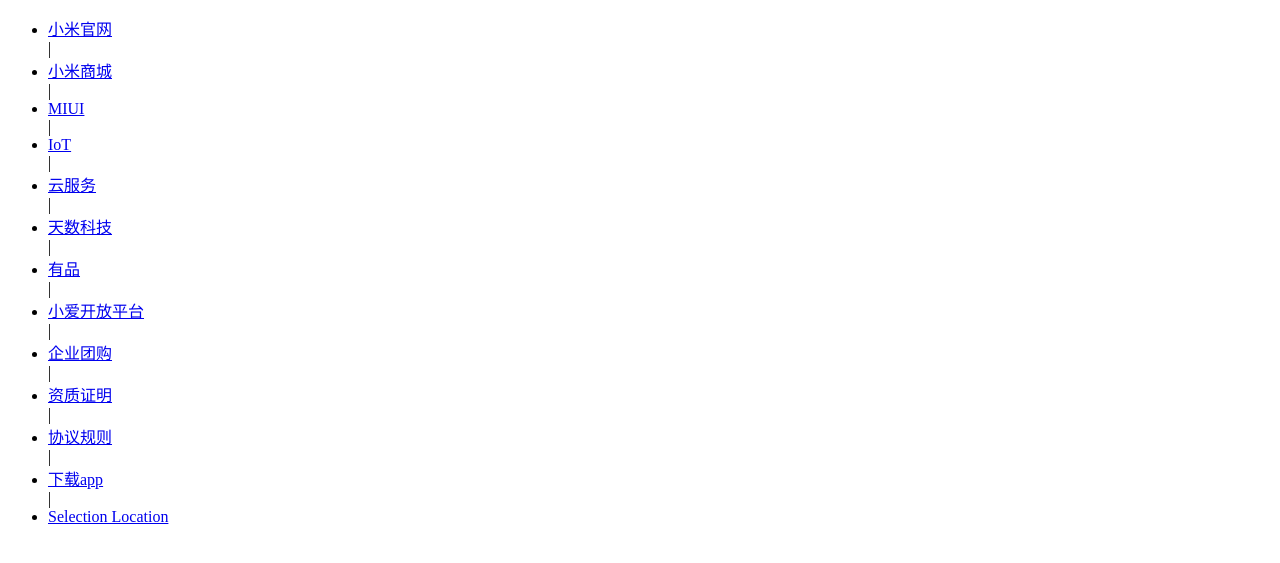
Repository: MonoYan/Mi-Homepage
Page: index.html
These files come from the project's save history. The page is drawn as it stood at one moment and after a run of saves; the edit follows.
The browser window is 1280 px wide. The pictures show the whole page.

Above is the page before, as saved 2022-11-22 16:16:50.

After the next 3 saves:
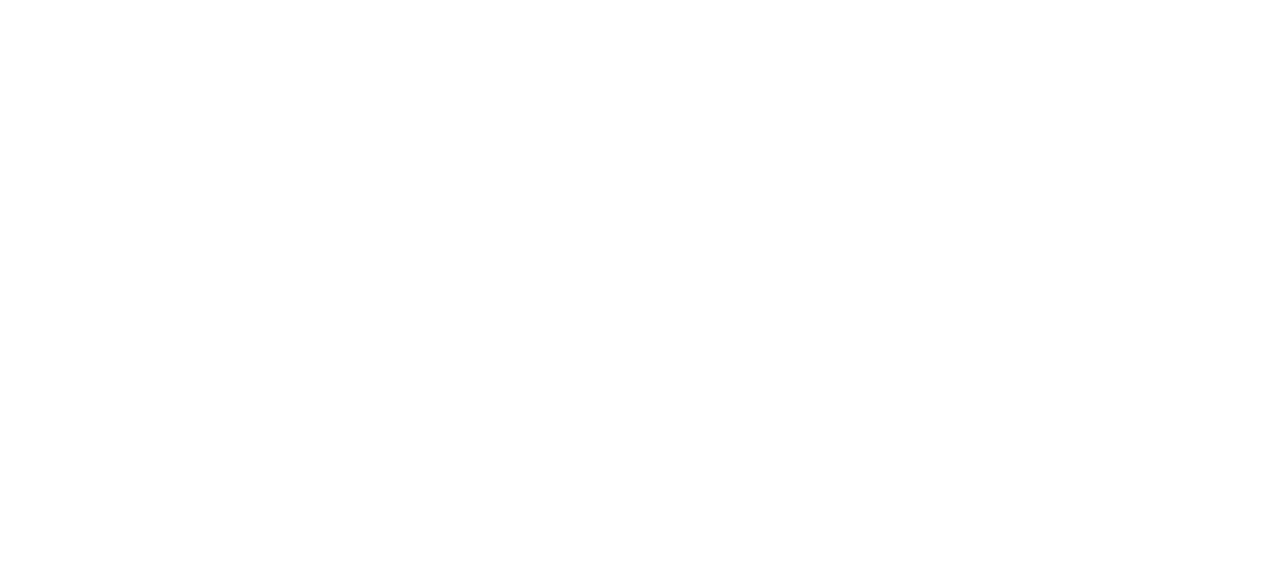
The 3 saves are shown as one change because they came seconds apart.
The last was saved 15 s later.
--- a/index.html
+++ b/index.html
@@ -4,7 +4,7 @@
     <meta charset="UTF-8">
     <meta http-equiv="X-UA-Compatible" content="IE=edge">
     <meta name="viewport" content="width=device-width, initial-scale=1.0">
-
+    <style type="tex"
     <title>
         小米商城 - Xiaomi 12、Redmi K50、MIX FOLD，小米电视官方网站
     </title>

After the 2 saves that followed:
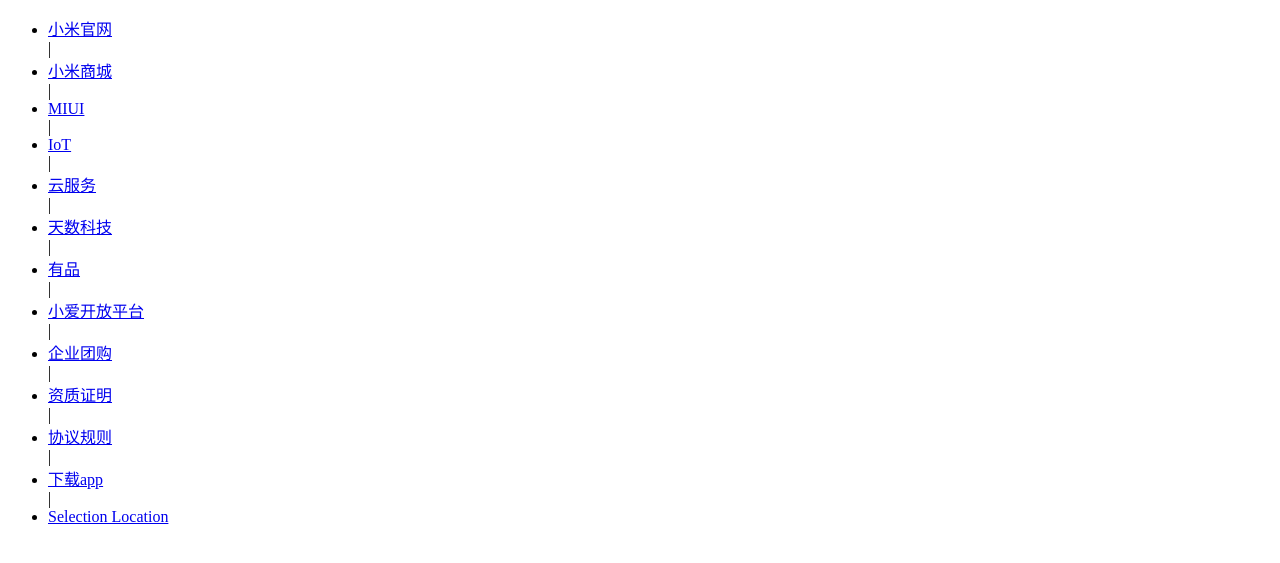
The 2 saves are shown as one change because they came seconds apart.
The last was saved 10 s later.
--- a/index.html
+++ b/index.html
@@ -4,7 +4,7 @@
     <meta charset="UTF-8">
     <meta http-equiv="X-UA-Compatible" content="IE=edge">
     <meta name="viewport" content="width=device-width, initial-scale=1.0">
-    <style type="tex"
+    <style type="text/css"></style>
     <title>
         小米商城 - Xiaomi 12、Redmi K50、MIX FOLD，小米电视官方网站
     </title>
